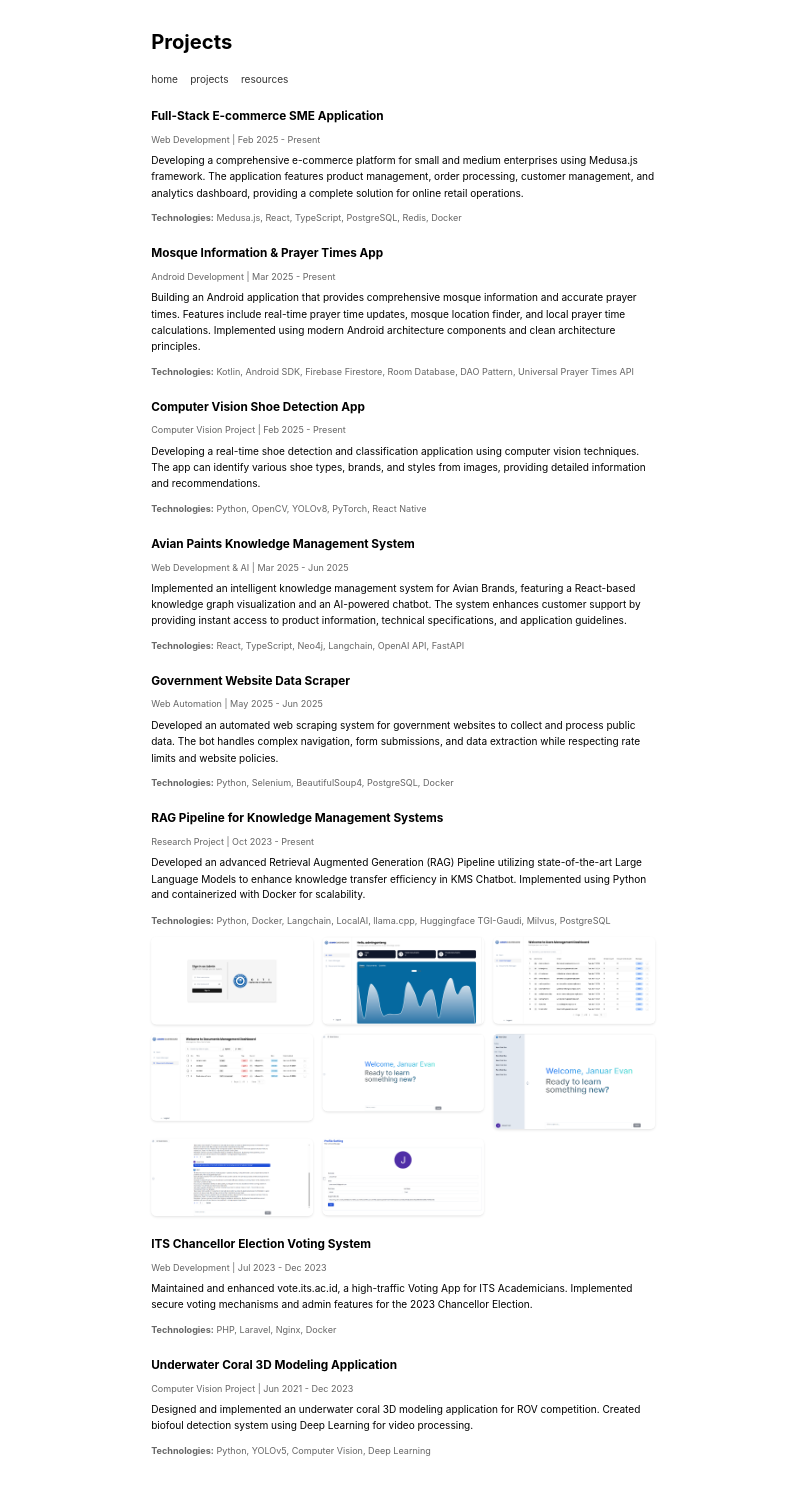
Repository: fadhilrp/fadhilrp.github.io
Page: pages/projects.html
The author's editor kept a copy of each file at every save. The page is drawn from the files as they stood at one save, then again after the next save.
The browser window is 1280 px wide. The pictures show the whole page, at 63% of full size.

Above is the page before, as saved 2025-05-20 18:42:01.

After the next save:
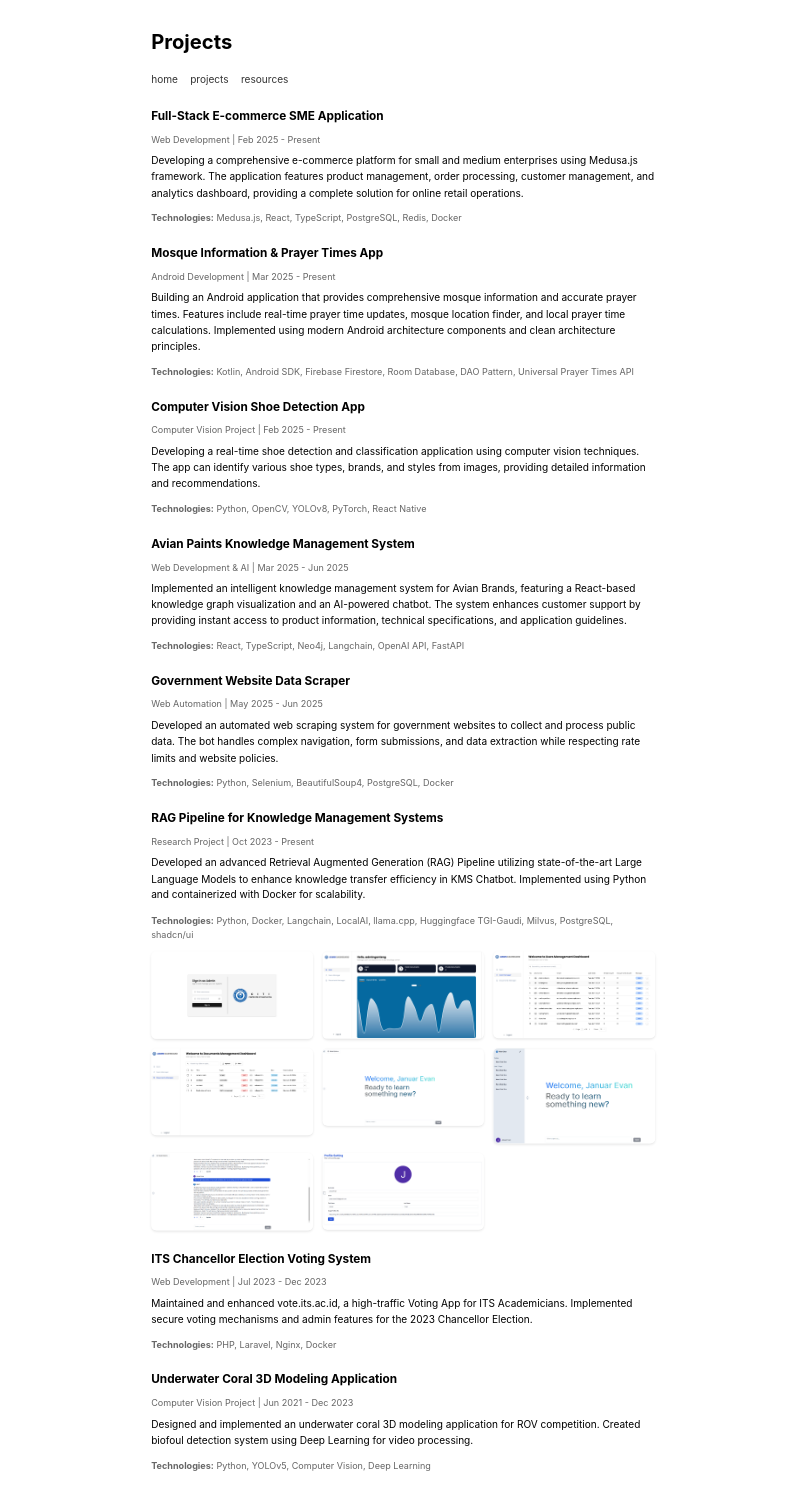
Saved 72 s later.
--- a/pages/projects.html
+++ b/pages/projects.html
@@ -127,7 +127,7 @@
                     Developed an advanced Retrieval Augmented Generation (RAG) Pipeline utilizing state-of-the-art Large Language Models to enhance knowledge transfer efficiency in KMS Chatbot. Implemented using Python and containerized with Docker for scalability.
                 </div>
                 <div class="tech-stack">
-                    <strong>Technologies:</strong> Python, Docker, Langchain, LocalAI, llama.cpp, Huggingface TGI-Gaudi, Milvus, PostgreSQL
+                    <strong>Technologies:</strong> Python, Docker, Langchain, LocalAI, llama.cpp, Huggingface TGI-Gaudi, Milvus, PostgreSQL, shadcn/ui
                 </div>
                 <div class="project-gallery">
                     <img src="../img/Screenshot from 2025-05-20 18-38-09.png" alt="RAG Pipeline Screenshot 1">
